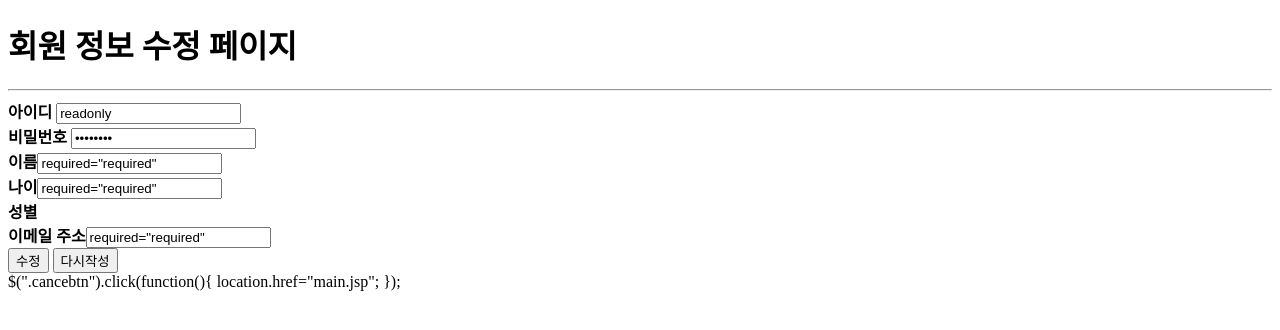
Repository: rumor1993/KH1
Page: http://localhost/Board/member/update.jsp
The author's editor kept a copy of each file at every save. The page is drawn from the files as they stood at one save, then again after the next save.
The browser window is 1280 px wide. The pictures show the whole page.
The page is served by Tomcat 9. Other server files are loaded and not shown.

Above is the page before, as saved 2018-05-08 07:13:41.

### Board/WebContent/member/update.jsp
<%@ page language="java" contentType="text/html; charset=EUC-KR"
    pageEncoding="EUC-KR"%>

<%@ page import = "java.sql.*" %>
<%@ page import = "javax.sql.*" %>
<%@ page import = "javax.naming.*" %>

<%@ taglib prefix="c"
	uri="http://java.sun.com/jsp/jstl/core" %>
<!DOCTYPE html>
<html>
<head>
<title>Insert title here</title>
<%
	request.setCharacterEncoding("euc-kr");
%>

	<script src = "http://code.jquery.com/jquery-3.3.1.js"></script>
<c:set var="m" value="${Memeberinfo }"/>
</head>
	<body>
	<form name = update action = updateProcess.net
      method = "post">
            <h1>회원 정보 수정 페이지</h1>
   <hr>
      <b>아이디</b>
      <input type=text name=id value=${m.id } readonly><br>
      <b>비밀번호</b> <input type=password name=pass value=${m.password } readonly><br>
      <b>이름</b><input type = text name=name value=${m.name } required="required"><br>
      <b>나이</b><input type = text name=age  value=${m.age } required="required"><br>
      <b>성별</b>
      	<div>
  			<c:if test="${m.gender=='남' }">
  			 <input type = radio name = gender value = 남 checked><span>남자</span>
             <input type = radio name = gender value = 여 ><span>여자</span>
  			</c:if>

 			 <c:if test="${m.gender=='여' }">
            <input type = radio name = gender value = 남 ><span>남자</span>
            <input type = radio name = gender value = 여 checked ><span>여자</span>
           </c:if>

            <%--
            var pandan = '<%=rs.getString("gender")%>';
            if(pandan == '남'){
            	$("input:radio").eq(0).attr('checked','checked');
            	}else{
            	$("input:radio").eq(1).attr('checked','checked');
            	}


            	$(".cancebtn").click(function(){
            		location.href="main.jsp";
            	});


             --%>
       </div>
      <b>이메일 주소</b><input type = text name = email value=${m.email } required="required"><br>
      <div class = clearfix>
      	<button type = submit class = submitbtn>수정</button>
      	<button type = reset class = canclebtn>다시작성</button>
      </div>
      </form>

      	$(".cancebtn").click(function(){
            		location.href="main.jsp";
            	});
</body>
</html>

After the next save:
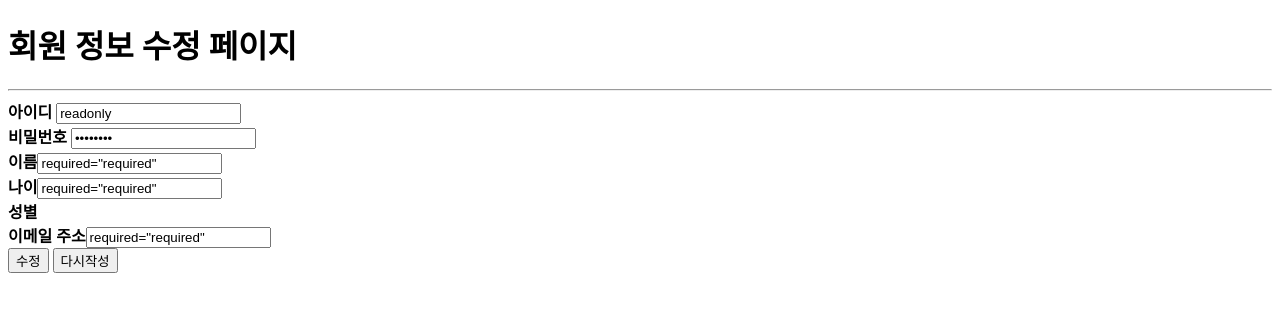
Saved 31 s later.
--- a/Board/WebContent/member/update.jsp
+++ b/Board/WebContent/member/update.jsp
@@ -14,8 +14,14 @@
 <%
 	request.setCharacterEncoding("euc-kr");
 %>
+<script src = "http://code.jquery.com/jquery-3.3.1.js"></script>
 
-	<script src = "http://code.jquery.com/jquery-3.3.1.js"></script>
+<script>
+
+	$(".cancebtn").click(function(){
+    		location.href="main.jsp";
+    	});
+</script>
 <c:set var="m" value="${Memeberinfo }"/>
 </head>
 	<body>
@@ -63,8 +69,5 @@
       </div>
       </form>
 
-      	$(".cancebtn").click(function(){
-            		location.href="main.jsp";
-            	});
 </body>
 </html>
